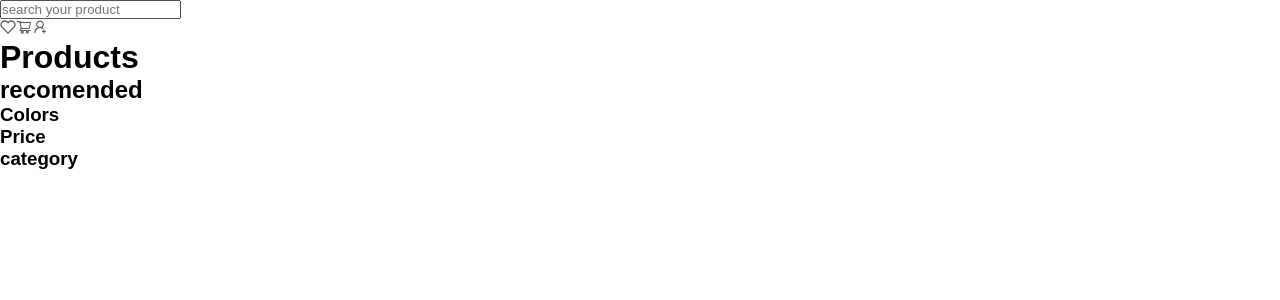
Repository: Mohankrishna1201/final_products_list
Page: /
These files come from the project's save history. The page is drawn as it stood at one moment and after the next save; the edit follows.
The browser window is 1280 px wide. The pictures show the whole page.
The project was rebuilt for these pictures with package versions that can differ from the ones it lists, and the page was loaded fresh each time.

Above is the page before, as saved 2023-11-01 11:21:44.

After the next save:
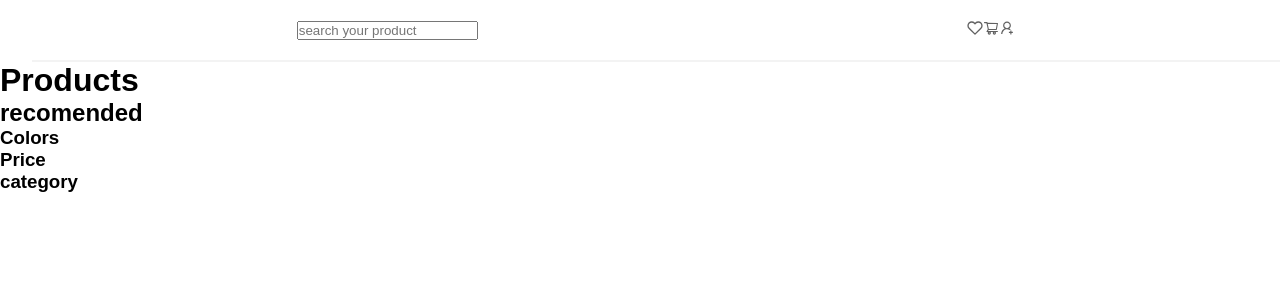
Saved 24 s later.
--- a/src/Nav/NavBar.js
+++ b/src/Nav/NavBar.js
@@ -1,6 +1,8 @@
 import React from 'react'
 import { FiHeart } from "react-icons/fi"
 import { AiOutlineShoppingCart, AiOutlineUserAdd } from "react-icons/ai"
+
+import "./NavBar.css"
 function NavBar() {
     return (
         <nav>
